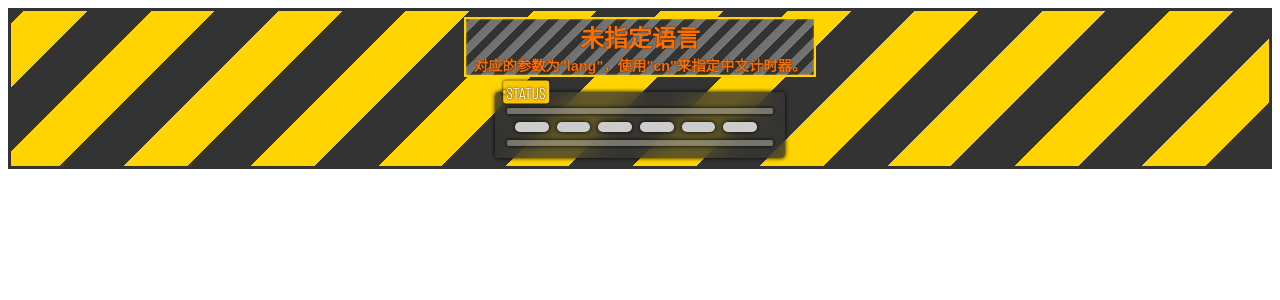
Repository: cirisus/ArknighTimer
Page: timer.html
These files come from the project's save history. The page is drawn as it stood at one moment and after the next save; the edit follows.
The browser window is 1280 px wide. The pictures show the whole page.
Some web fonts or font styles are not loaded; a fallback is used.

Above is the page before, as saved 2024-03-10 12:30:47.

### timer.html
<!DOCTYPE html>
<html>
  <head>
    <meta charset="UTF-8">
    <meta name="description" content="明日方舟同人中文站计时器本体">
    <meta name="keywords" content="arknights,wiki,timer">
    <link rel="stylesheet" href="/ArknighTimer/timer.css">
    <script src="/ArknighTimer/timer.js"></script>
  </head>

  <body>
    <noscript>此程序强依赖于对应的Javascript脚本。</noscript>
    <div id="timer">
      <div id="stuff">
      <h2 id="title"></h2>

      <div id="clock">
      <div id="progress-bar-up" class="progress-bar"><span id="progress-line-up" class="progress-line"><span></div>
        <div id="years-div" class="unit">
          <span id="years" class="unit-value"></span>
          <span id="years-label" class="unit-label"></span>
        </div>

        <div id="months-div" class="unit">
          <span id="months" class="unit-value"></span>
          <span id="months-label" class="unit-label"></span>
        </div>

        <div id="days-div" class="unit">
          <span id="days" class="unit-value"></span>
          <span id="days-label" class="unit-label"></span>
        </div>

        <div id="hours-div" class="unit">
          <span id="hours" class="unit-value"></span>
          <span id="hours-label" class="unit-label"></span>
        </div>

        <div id="minutes-div" class="unit">
          <span id="minutes" class="unit-value"></span>
          <span id="minutes-label" class="unit-label"></span>
        </div>

        <div id="seconds-div" class="unit">
          <span id="seconds" class="unit-value"></span>
          <span id="seconds-label" class="unit-label"></span>
        </div>
        <div id="progress-bar-down" class="progress-bar"><span id="progress-line-down" class="progress-line"><span></div>
        </div>
      </div>
    </div>
  </body>
</html>

### timer.css
@import url('https://fonts.googleapis.com/css2?family=Barlow+Condensed:ital,wght@0,100;0,200;0,300;0,400;0,500;0,600;0,700;0,800;0,900;1,100;1,200;1,300;1,400;1,500;1,600;1,700;1,800;1,900&display=swap');
@font-face {
  font-family: Glow Sans SC_Condensed;
  src: url(https://cdn.jsdelivr.net/gh/cirisus/ArknighTimer/GlowSans/GlowSansSC-Condensed-Medium.woff2);
  font-weight: normal;
  font-style: normal;
}
:root {
  --secondary-accent: 255, 212, 0;
  --scale-2: 51,51,51;
}
body {
  font-family: 'Glow Sans SC_Condensed',Arial, sans-serif;
  text-shadow: 0 0 1px black;
}
#timer {
  display: grid;
  padding: 0.5rem;
  border: 3px solid rgb(var(--scale-2));
  background: repeating-linear-gradient(-45deg, rgb(var(--scale-2)), rgb(var(--scale-2)) 45px, rgb(var(--secondary-accent)) 0, rgb(var(--secondary-accent)) 90px);
}
#stuff {
  display: grid;
  grid-auto-columns: 1fr;
  grid-auto-rows: 1fr;
  grid-template-columns: 1fr;
  grid-template-rows: min-content 1fr;
  gap: 1px 1px;
  grid-template-areas:
    "title"
    "countdown";
}
#title {
  grid-area: title;
  text-align: center;
  margin-block-start: 0;
  margin-block-end: 0;
  background: rgb(var(--scale-2));
  width: fit-content;
  padding: 0 .5rem;
  margin: auto;
    outline: 2px solid #ffd301;
    box-shadow: inset 0 0 2px #ffd400;
    background-image: repeating-linear-gradient(135deg, rgb(var(--scale-2)), rgb(var(--scale-2)) 8px, rgb(111 111 111) 0, rgb(117 117 117) 16px);
    background-size: 500%;
    animation: progress-bar 300s infinite linear;
}
@keyframes progress-bar {
  0% {
    background-position-x: 100%;
  }
  100% {
    background-position: -400%;
  }
}
/*
h2#title:after {
  content: '';
  height: 47px;
  width: 2rem;
  position: absolute;
  transform: translateX(8px);
  background: #333;
  -webkit-clip-path: polygon(60% 0, 100% 50%, 60% 100%, 0 100%, 0 0);
  clip-path: polygon(60% 0, 100% 50%, 60% 100%, 0 100%, 0 0);
}
*/
#clock {
  display: flex;
  width: fit-content;
  justify-content: center;
  align-items: center;
  flex-wrap: wrap;
  grid-area: countdown;
  color: #f3f2ec;
  background-color: rgb(var(--scale-2), .75);
  -webkit-backdrop-filter: blur(1rem);
  backdrop-filter: blur(1rem);
  text-align: center;
  border-radius: 0.25em;
  margin: 1em auto 0;
  padding: 0 .25rem;
  box-shadow: 0 0 4px black;
  box-sizing: border-box;
  &::before {
    content: 'Status';
    font-family: "Barlow Condensed", sans-serif;
    position: absolute;
    display: inline-flex;
    top: 0;
    left: 0;
    width: fit-content;
    height: fit-content;
    border-radius: 0.15em;
    background-color: #ffc700;
    z-index: 1;
    transform: translate(18%,-50%);
    box-shadow: 0 0 3px 0px black;
    padding: 2px 3px;
    align-items: center;
    color: white;
    text-shadow: 0 0 2px black;
    text-transform: uppercase;
  }
  &::after {
    content: attr(data-status);
    font-family: "Barlow Condensed", sans-serif;
    position: absolute;
    display: inline-flex;
    top: 0;
    left: 0;
    width: fit-content;
    height: fit-content;
    border-radius: 0.15em;
    z-index: 1;
    transform: translate(100%,-50%);
    box-shadow: 0 0 3px 0px black;
    padding: 2px 3px;
    align-items: center;
    text-shadow: 0 0 2px black;
    text-transform: uppercase;
  }
}
#clock[data-status="running"]::after {
  background-color: #16663e;
  color: #ccc;
}
#clock[data-status="expired"]::after {
  background-color: #ffcc00;
  color: #ccc;
}
#clock[data-status="ceased"]::after {
  background-color: #ad2117;
  color: #ccc;
}
.progress-bar {
  display: flex;
  position: relative;
  height: 6px;
  background-color: #e5e5e55f;
  width: 100%;
  margin: 1rem 0.5rem 0;
  border-radius: 2px;
  box-shadow: 0 0 4px black, inset 0 0 4px #746f57;
}
.progress-bar:last-child {
  margin: 0 .5rem .75rem
}
.progress-line {
  height: 100%;
  background-color: #4CAF50;
  border-radius: 2px;
  display: inline-flex;
  width: 0%;
  position: absolute;
}
.unit {
  display: inline-flex;
  margin: 0.5em 0;
  justify-content: center;
  align-items: center;
}

.unit-value {
  font-family: "Barlow Condensed", sans-serif;
  font-size: 2em;
  color: #333;
  background-color: #ccc;
  border-radius: 0.15em;
  padding: 0.15em;
  box-shadow: 0 0 5px black;
  min-width: 1.5rem
}

.unit-label {
  font-size: 1.5em;
  padding: 0 .25rem;
}

/* Basic utility classes */
.hidden {
  display: none;
}

.error {
  color: rgb(255, 111, 0);
  animation: none;
}
.error-secondary {
  font-size: 0.6em;
}
.progress {
  color: #f3f2ec;
}

.finished {
  color: #fff28e;
  animation: none;
}

### timer.js
// Constants
var SECONDS_MS = 1000;
var MINUTES_MS = SECONDS_MS * 60;
var HOURS_MS = MINUTES_MS * 60;
var DAYS_MS = HOURS_MS * 24;

var SECONDS_ENUM = 0;
var MINUTES_ENUM = 1;
var HOURS_ENUM = 2;
var DAYS_ENUM = 3;
var MONTHS_ENUM = 4;
var YEARS_ENUM = 5;

// Initialization errors are only in English unfortunately.
function setError(primary, secondary = null) {
  var titleElement = document.getElementById('title');
  titleElement.classList.add('error');
  titleElement.innerText = primary;

  var clockElement = document.getElementById('clock');
  clockElement.classList.add('hidden');

  if (secondary) {
    var messageElement = document.createElement('div');
    messageElement.classList.add('error-secondary');
    messageElement.innerText = secondary;
    titleElement.appendChild(messageElement);
  }
}

// Localization
function getMessage(language, messageKey) {
  var translations = {
    // English
    'en': {
      'timer-description': 'Timer expiring at',
      'timer-progress': 'This timer will expire in',
      'timer-finished': 'This timer has been expired since',
      'years': 'years',
      'months': 'months',
      'days': 'days',
      'hours': 'hours',
      'minutes': 'minutes',
      'seconds': 'seconds',
    },

    // French
    'fr': {
      'timer-description': 'Fin du compte à rebours à',
      'timer-progress': 'Ce compte à rebours se terminera dans',
      'timer-finished': 'Ce compte à rebous est terminé depuis',
      'years': 'ans',
      'months': 'mois',
      'days': 'jours',
      'hours': 'heures',
      'minutes': 'minutes',
      'seconds': 'secondes',
    },

    // Pig Latin
    'pig': {
      'timer-description': 'Imertay expiringyay atyay',
      'timer-progress': 'Isthay imertay illway expireyay inyay',
      'timer-finished': 'Isthay imertay ashay eenbay expiredyay incesay',
      'years': 'earsyay',
      'months': 'onthsmay',
      'days': 'aysday',
      'hours': 'ourshay',
      'minutes': 'inutesmay',
      'seconds': 'econdssay',
    },

    // Spanish
    'es': {
      'timer-description': 'El temporizador finaliza en',
      'timer-progress': 'El temporizador finalizará en',
      'timer-finished': 'El temporizador ha finalizado desde hace',
      'years': 'años',
      'months': 'meses',
      'days': 'días',
      'hours': 'horas',
      'minutes': 'minutos',
      'seconds': 'segundos',
    },

    // Vietnamese
    'vi': {
      'timer-description': 'Đồng hồ kết thúc vào',
      'timer-progress': 'Đồng hồ sẽ kết thúc trong',
      'timer-finished': 'Đồng hồ này đã kết thúc kể từ',
      'years': 'năm',
      'months': 'tháng',
      'days': 'ngày',
      'hours': 'giờ',
      'minutes': 'phút',
      'seconds': 'giây',
    },

    // Simplified Chinese
    'cn': {
      'timer-description': '此计时器将过期于：',
      'timer-progress': '此计时器将过期于：',
      'timer-finished': '此计时器已过期：',
      'years': '年',
      'months': '月',
      'days': '日',
      'hours': '时',
      'minutes': '分',
      'seconds': '秒',
    },
  };

  // Special case:
  // The 'test' language just echoes the message key back out.
  if (language === 'test') {
    return messageKey;
  }

  // Get message based on language
  var messages = translations[language];
  if (!messages) {
    setError('暂无此语言的计时器 ' + language);
    return null;
  }

  var message = messages[messageKey];
  if (!message) {
    setError('无效的参数' + messageKey);
    return null;
  }

  return message;
}

function insertCSS(styling) {
  var head = document.head || document.getElementsByTagName('head')[0];
  var style = document.createElement('style');

  style.type = 'text/css';
  style.appendChild(document.createTextNode(styling));
  head.appendChild(style);
}

function getDaysInFebruary(startYear) {
  return (startYear % 4 === 0 && startYear % 100 !== 0)
    || startYear % 400 === 0 ? 29 : 28;
}

function elapsedData(targetTime) {
  var now = new Date();
  var elapsed = now - targetTime;

  if (elapsed >= 0) {
    // Date is in the past
    return {
      elapsed: elapsed,
      finished: true,
      startTime: targetTime,
      endTime: now,
    };
  } else {
    // Date is in the future
    return {
      elapsed: -elapsed,
      finished: false,
      startTime: now,
      endTime: targetTime,
    };
  }
}

// Based on https://stackoverflow.com/a/49201872
// Calculate differences greater than a day.
function dateDiff(startDate, endDate) {
  // Trim sub-day differences to avoid 0.8 days from rounding up.
  var diff = endDate - startDate;
  diff -= Math.floor(diff % DAYS_MS);
  endDate = new Date(startDate.getTime() + diff);

  // Get month data
  var february = getDaysInFebruary(startDate.getFullYear());
  var daysInMonth = [31, february, 31, 30, 31, 30, 31, 31, 30, 31, 30, 31];

  var yearDiff = endDate.getFullYear() - startDate.getFullYear();
  var monthDiff = endDate.getMonth() - startDate.getMonth();
  if (monthDiff < 0) {
    yearDiff--;
    monthDiff += 12;
  }

  var dayDiff = endDate.getDate() - startDate.getDate();
  if (dayDiff < 0) {
    if (monthDiff > 0) {
      monthDiff--;
    } else {
      yearDiff--;
      monthDiff = 11;
    }

    dayDiff += daysInMonth[startDate.getMonth()];
  }

  return {
    years: yearDiff,
    months: monthDiff,
    days: dayDiff,
  };
}

// Calculate difference in time, in all units
function timeRemaining(targetTime) {
  var data = elapsedData(targetTime);

  // Differences > 1 day
  var dateDiffs = dateDiff(data.startTime, data.endTime);
  var years = dateDiffs.years;
  var months = dateDiffs.months;
  var days = dateDiffs.days;

  // Differences < 1 day
  var elapsed = Math.floor(data.elapsed % DAYS_MS);

  var hours = Math.floor(elapsed / HOURS_MS);
  elapsed = Math.floor(elapsed % HOURS_MS);

  var minutes = Math.floor(elapsed / MINUTES_MS);
  elapsed = Math.floor(elapsed % MINUTES_MS);

  var seconds = Math.floor(elapsed / SECONDS_MS);
  elapsed = Math.floor(elapsed % MINUTES_MS);

  // Get highest unit present
  var highest;
  if (years > 0) {
    highest = YEARS_ENUM;
  } else if (months > 0) {
    highest = MONTHS_ENUM;
  } else if (days > 0) {
    highest = DAYS_ENUM;
  } else if (hours > 0) {
    highest = HOURS_ENUM;
  } else if (minutes > 0) {
    highest = MINUTES_ENUM;
  } else {
    highest = SECONDS_ENUM;
  }

  return {
    years: years,
    months: months,
    days: days,
    hours: hours,
    minutes: minutes,
    seconds: seconds,
    finished: data.finished,
    highest: highest,
  };
}

function setTimerField(language, field, value) {
  var visible = value !== null;

  if (visible) {
    document.getElementById(field).innerText = value;
  }

  setTimerFieldVisibility(field, visible);
}

function setTimerFieldVisibility(field, visible) {
  var element = document.getElementById(field + '-div');

  if (visible) {
    element.classList.remove('hidden');
  } else {
    element.classList.add('hidden');
  }
}
function createTimer(language, startTime, targetTime, progressMessage, finishedMessage) {
  progressMessage = progressMessage || getMessage(language, 'timer-progress');
  finishedMessage = finishedMessage || getMessage(language, 'timer-finished');

  // Update routine, to invoke every second
  var timerFields = [
    ['years', YEARS_ENUM, 1],
    ['months', MONTHS_ENUM, 1],
    ['days', DAYS_ENUM, 1],
    ['hours', HOURS_ENUM, 2],
    ['minutes', MINUTES_ENUM, 2],
    ['seconds', SECONDS_ENUM, 2],
  ];

  // Initial application of field labels
  for (var i = 0; i < timerFields.length; i++) {
    var field = timerFields[i][0];
    document.getElementById(field + '-label').innerText = getMessage(language, field);
  }
  function updateProgressBar(startTimestamp, targetTime) {
      var remaining = timeRemaining(targetTime);
      var now = new Date();
      var startTime = new Date(startTimestamp);
      var elapsed = now - startTime;

      // Calculate total and remaining time in seconds
      var totalTime = elapsed / 1000;
      var remainingTime = remaining.years * DAYS_MS * 365
        + remaining.months * DAYS_MS * 30
        + remaining.days * DAYS_MS
        + remaining.hours * HOURS_MS
        + remaining.minutes * MINUTES_MS
        + remaining.seconds;

      // Calculate progress as a percentage
      var progress = 100 - (remainingTime / totalTime * 100);

      // Set progress line
      var progressLines = document.getElementsByClassName('progress-line');
      for (var i = 0; i < progressLines.length; i++) {
        progressLines[i].style.width = progress + '%';
      }
    }

  function updateTimer() {
    var remaining = timeRemaining(targetTime);

    // Set title message
    var titleElement = document.getElementById('title');

    if (remaining.finished) {
      titleElement.innerText = finishedMessage;
      titleElement.classList = ['finished'];
      document.getElementById('clock').setAttribute('data-status', 'expired');
    } else {
      titleElement.innerText = progressMessage;
      titleElement.classList = ['progress'];
      document.getElementById('clock').setAttribute('data-status', 'running');
    }

    // Set individual timer fields
    for (var i = 0; i < timerFields.length; i++) {
      var field = timerFields[i][0];
      var fieldEnum = timerFields[i][1];
      var padWidth = timerFields[i][2];

      // If the value is to be shown, then display it.
      // Ensure digits are padded to the appropriate width.
      var value = remaining.highest >= fieldEnum
        ? String(remaining[field]).padStart(padWidth, '0')
        : null;

      setTimerField(language, field, value);
    }
  }
    // Determine update interval based on highest unit of time
    var initialRemaining = timeRemaining(targetTime);
    var updateInterval = MINUTES_MS; // default to update every minute

    if (initialRemaining.highest === MINUTES_ENUM || initialRemaining.highest === SECONDS_ENUM) {
      updateInterval = SECONDS_MS; // update every second if the highest unit is minute or second
    }
  // Set title.
  // Since this is meant to be used as an iframe, setting it every tick is pointless.
  document.title = getMessage(language, 'timer-description') + ' ' + targetTime;

  // Configure timer to run regularly.
  updateTimer();
  var updateTimerInterval = setInterval(updateTimer, 1000);
  var updateProgressBarInterval = setInterval(function() { updateProgressBar(startTime, targetTime); }, updateInterval);

  document.addEventListener('visibilitychange', function() {
    if (document.hidden) {
      clearInterval(updateTimerInterval);
      clearInterval(updateProgressBarInterval);
    } else {
      updateTimerInterval = setInterval(updateTimer, 1000);
      updateProgressBarInterval = setInterval(function() { updateProgressBar(startTime, targetTime); }, updateInterval);
    }
  });
}

function setup() {
  // Get parameters
  var url = new URL(window.location.href);
  var parameters = new URLSearchParams(url.search);
  var language = parameters.get('lang');
  var startTimestamp = parameters.get('start');
  var timestamp = parameters.get('time');
  var progressMessage = parameters.get('progress');
  var finishedMessage = parameters.get('finished');
  var styling = parameters.get('style'); // allows custom CSS to be injected

  // Check parameters
  if (!language) {
    setError('未指定语言', '对应的参数为"lang"，使用"cn"来指定中文计时器。');
    return;
  }

  if (!startTimestamp) {
    setError('未设置开始时间','对应的参数是"start"，可以使用UNIX时间戳或ISO时间字符串。');
    return;
  }

  var startTime;
  if (/^\d+(\.\d+)?$/.exec(startTimestamp)) {
    startTime = new Date(parseFloat(startTimestamp) * 1000);
  } else {
    startTime = new Date(startTimestamp);
    if (isNaN(startTime)) {
      setError('无效开始时间戳', startTimestamp);
      return;
    }
  }

  if (!timestamp) {
    setError('未设置结束时间','对应的参数是"time"，可以使用UNIX时间戳或ISO时间字符串。');
    return;
  }

  var targetTime;
  if (/^\d+(\.\d+)?$/.exec(timestamp)) {
    targetTime = new Date(parseFloat(timestamp) * 1000);
  } else {
    targetTime = new Date(timestamp);
    if (isNaN(targetTime)) {
      setError('无效结束时间戳', timestamp);
      return;
    }
  }

  // Insert custom CSS, if any
  if (styling !== null) {
    insertCSS(styling);
  }

  // Initialize clock
  createTimer(language, startTime, targetTime, progressMessage, finishedMessage);
}

setTimeout(setup, 5);

After the next save:
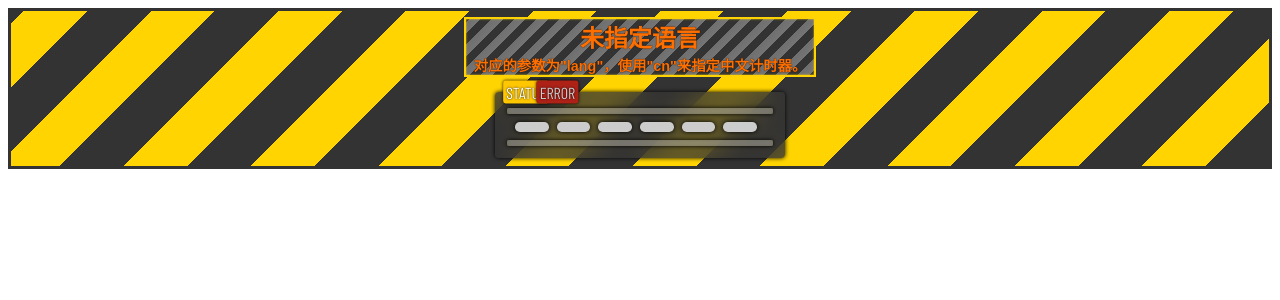
Saved 5 s later.
--- a/timer.css
+++ b/timer.css
@@ -129,7 +129,8 @@
   background-color: #ffcc00;
   color: #ccc;
 }
-#clock[data-status="ceased"]::after {
+#clock[class="hidden"]::after {
+  content: 'error';
   background-color: #ad2117;
   color: #ccc;
 }
